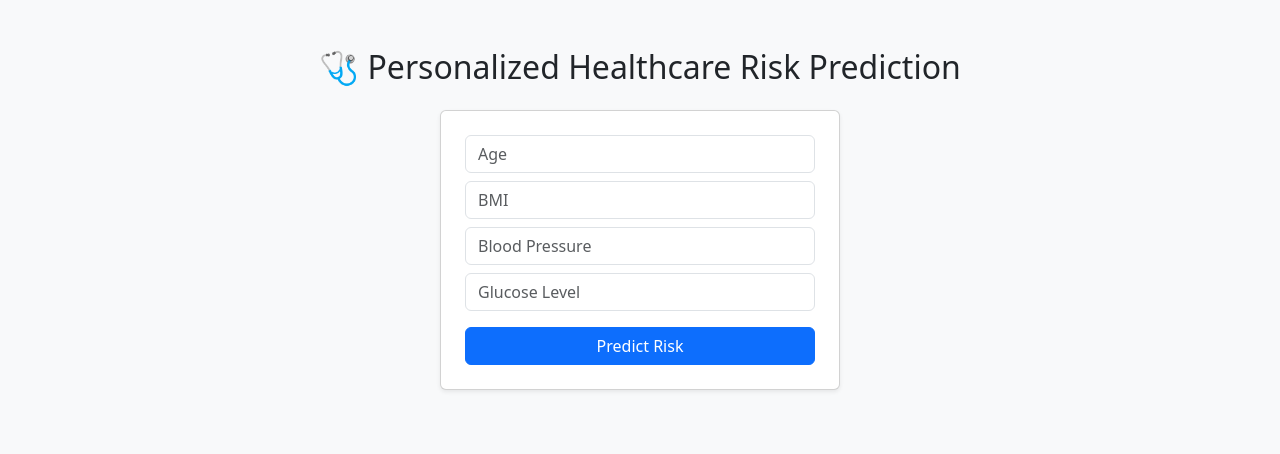
Repository: vipinsamy-sys/ML-health_tracker
Page: http://localhost/
The author's editor kept a copy of each file at every save. The page is drawn from the files as they stood at one save, then again after a run of saves.
The browser window is 1280 px wide. The pictures show the whole page.
The page is served by the project's application, run on Flask 3 (app.py).

Above is the page before, as saved 2025-10-30 13:59:15.

### templates/index.html
<!doctype html>
<html lang="en">
<head>
  <meta charset="UTF-8">
  <title>Healthcare Risk Prediction</title>
  <link rel="stylesheet" href="https://cdn.jsdelivr.net/npm/bootstrap@5.3.0/dist/css/bootstrap.min.css">
</head>
<body class="bg-light">
  <div class="container text-center mt-5">
    <h2 class="mb-4">🩺 Personalized Healthcare Risk Prediction</h2>
    <form action="/predict" method="POST" class="card p-4 shadow-sm mx-auto" style="max-width:400px;">
      <input type="number" class="form-control mb-2" name="age" placeholder="Age" required>
      <input type="number" class="form-control mb-2" name="bmi" placeholder="BMI" required step="0.1">
      <input type="number" class="form-control mb-2" name="bp" placeholder="Blood Pressure" required>
      <input type="number" class="form-control mb-3" name="glucose" placeholder="Glucose Level" required>
      <button class="btn btn-primary w-100">Predict Risk</button>
    </form>
    {% if result %}
      <div class="alert alert-info mt-4">{{ result }}</div>
    {% endif %}
  </div>
</body>
</html>

### app.py
from flask import Flask, request, render_template, jsonify
import joblib
import numpy as np

app = Flask(__name__)

model = joblib.load('model/model.pkl')

@app.route('/')
def home():
    return render_template('index.html')

@app.route('/predict', methods=['POST'])
def predict():
    try:
        age = float(request.form['age'])
        bmi = float(request.form['bmi'])
        bp = float(request.form['bp'])
        glucose = float(request.form['glucose'])

        input_data = np.array([[age, bmi, bp, glucose]])
        prediction = model.predict(input_data)[0]

        result = "⚠️ High Risk" if prediction == 1 else "✅ Low Risk"
        return render_template('index.html', result=result)

    except Exception as e:
        return jsonify({'error': str(e)})

if __name__ == "__main__":
    app.run(debug=True)

After the next 2 saves:
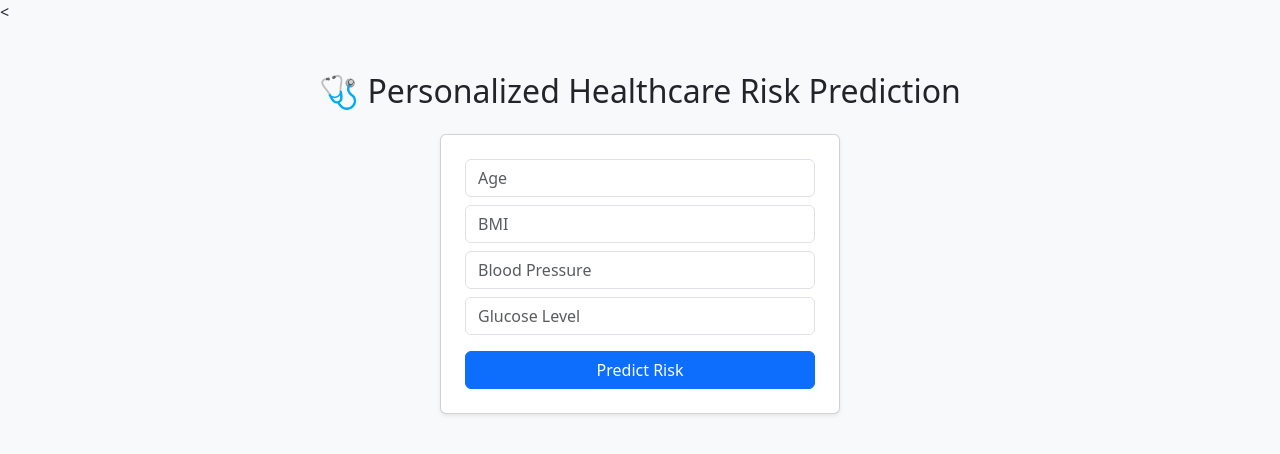
The 2 saves are shown as one change because they came seconds apart.
The last was saved 12 s later.
--- a/templates/index.html
+++ b/templates/index.html
@@ -1,4 +1,4 @@
-<!doctype html>
+<
 <html lang="en">
 <head>
   <meta charset="UTF-8">

After the save that followed:
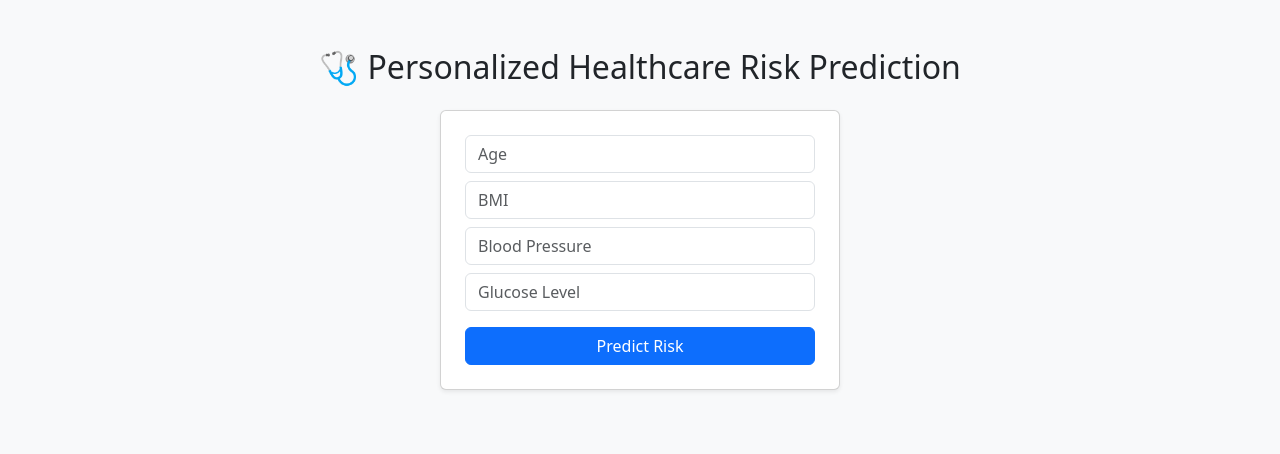
Saved 4 s later.
--- a/templates/index.html
+++ b/templates/index.html
@@ -1,4 +1,4 @@
-<
+<!
 <html lang="en">
 <head>
   <meta charset="UTF-8">
